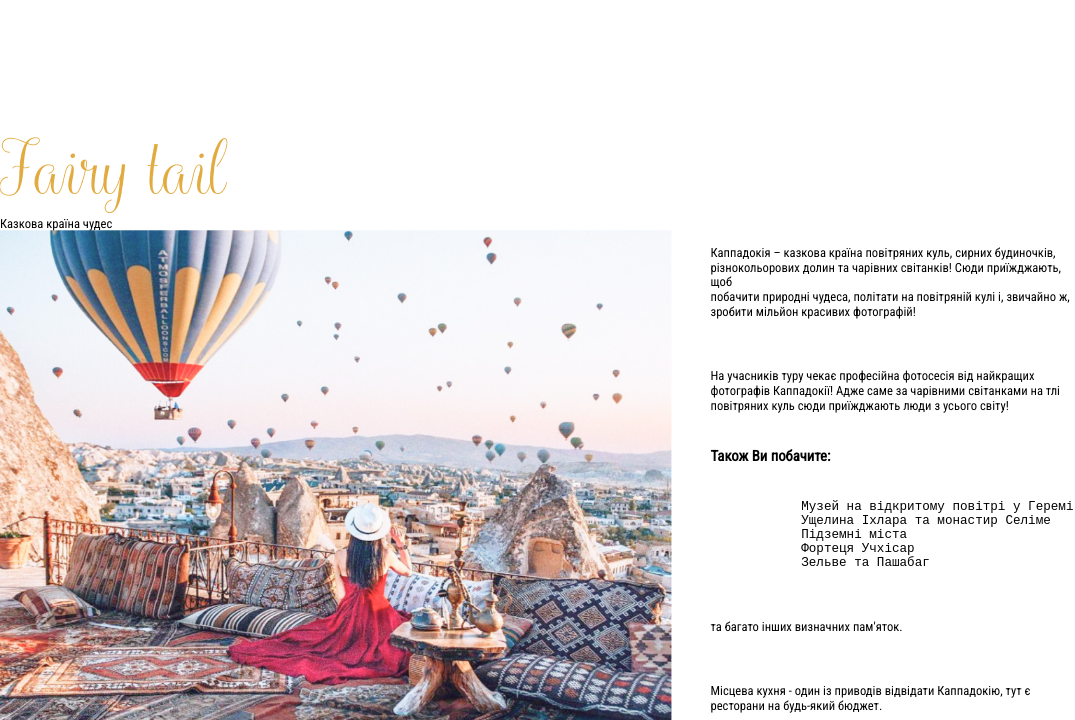
Repository: KYUUBI-K/cappadocia
Page: index.html
An editor plug-in stored every save of this project. The page is shown before and after the next save, followed by the edit.
The browser window is 1280 px wide. The page is 1535 px wide, so the pictures cover 1535 px, including what lies to the right of the window. The pictures show the part of the page from y = 740 to 2340 px (the page is 1769 px tall before and 2340 px after), at 70% of full size.

Above is the page before, as saved 2025-08-17 19:02:00.

After the next save:
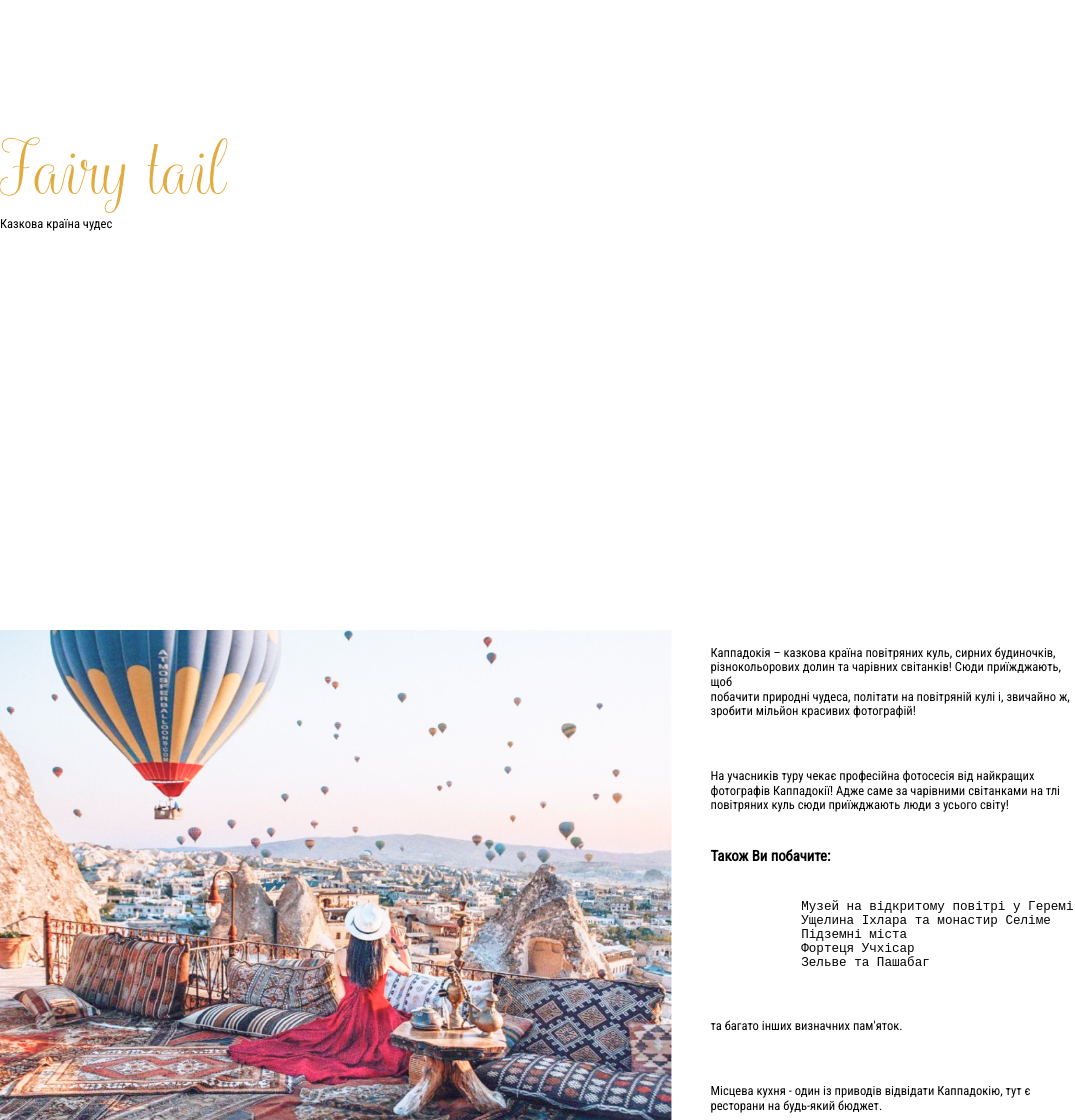
Saved 35 s later.
--- a/styles.css
+++ b/styles.css
@@ -179,6 +179,7 @@
 
 .section-title {
   display: flex;
+  min-height: 100svh;
   /* text-align: center; */
   /* align-items: flex-end; */
   flex-direction: column;

After the save that followed:
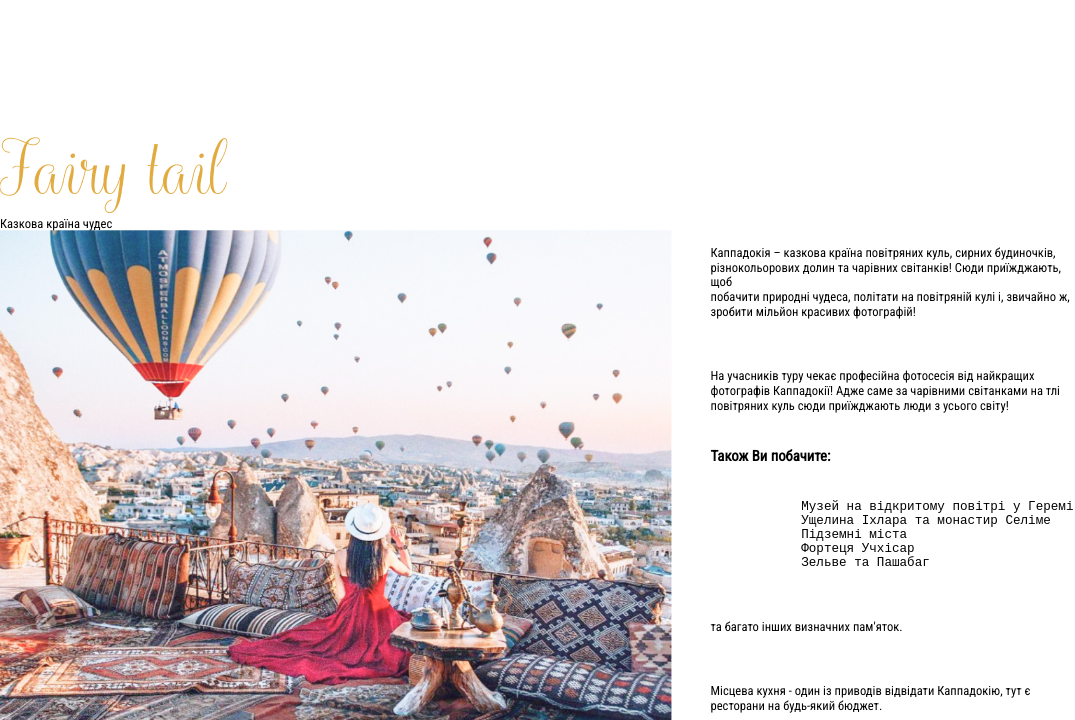
Saved 34 s later.
--- a/styles.css
+++ b/styles.css
@@ -179,7 +179,6 @@
 
 .section-title {
   display: flex;
-  min-height: 100svh;
   /* text-align: center; */
   /* align-items: flex-end; */
   flex-direction: column;
